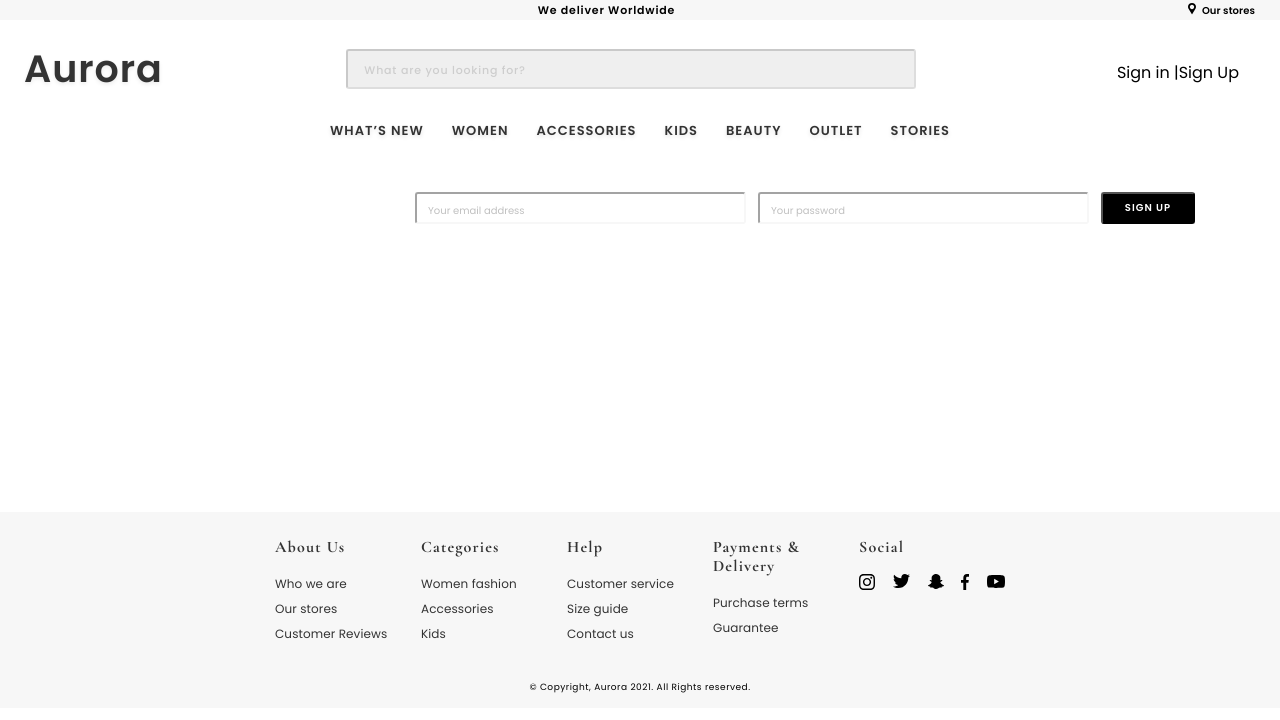
Repository: YuraKrvz/aurora-react-redux-toolkit-firebase
Page: /signUp
The author's editor kept a copy of each file at every save. The page is drawn from the files as they stood at one save, then again after the next save.
The browser window is 1280 px wide. The pictures show the whole page.
The project was rebuilt for these pictures with package versions that can differ from the ones it lists, and the page was loaded fresh each time. Also part of the build but not shown: src/components/MainSection/MainSection.jsx, src/pages/HomeGuest.jsx, src/pages/HomeUser.jsx, src/pages/SignIn.jsx.

Above is the page before, as saved 2021-11-29 15:18:03.

After the next save:
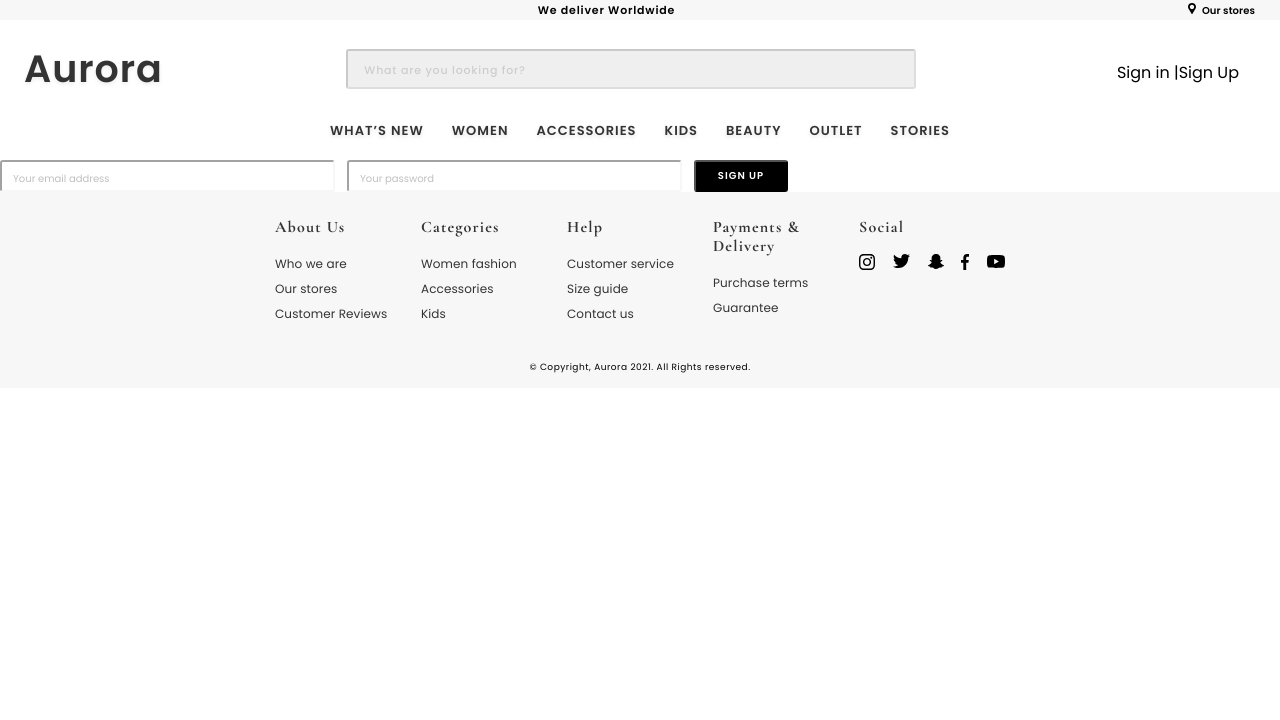
Saved 37 s later.
--- a/src/pages/SignUp.jsx
+++ b/src/pages/SignUp.jsx
@@ -16,7 +16,7 @@
 
    return (
       <>
-         <div style={{height: '40vh'}} className={s.section_register_field} >
+         <div >
             <div style={{display: 'flex', flexDirection: 'column'}}>
                <label className={s.input_wrap}>
                <input className={s.section_register_input} ref={emailRef} type="email" placeholder='Your email address' />

After the save that followed:
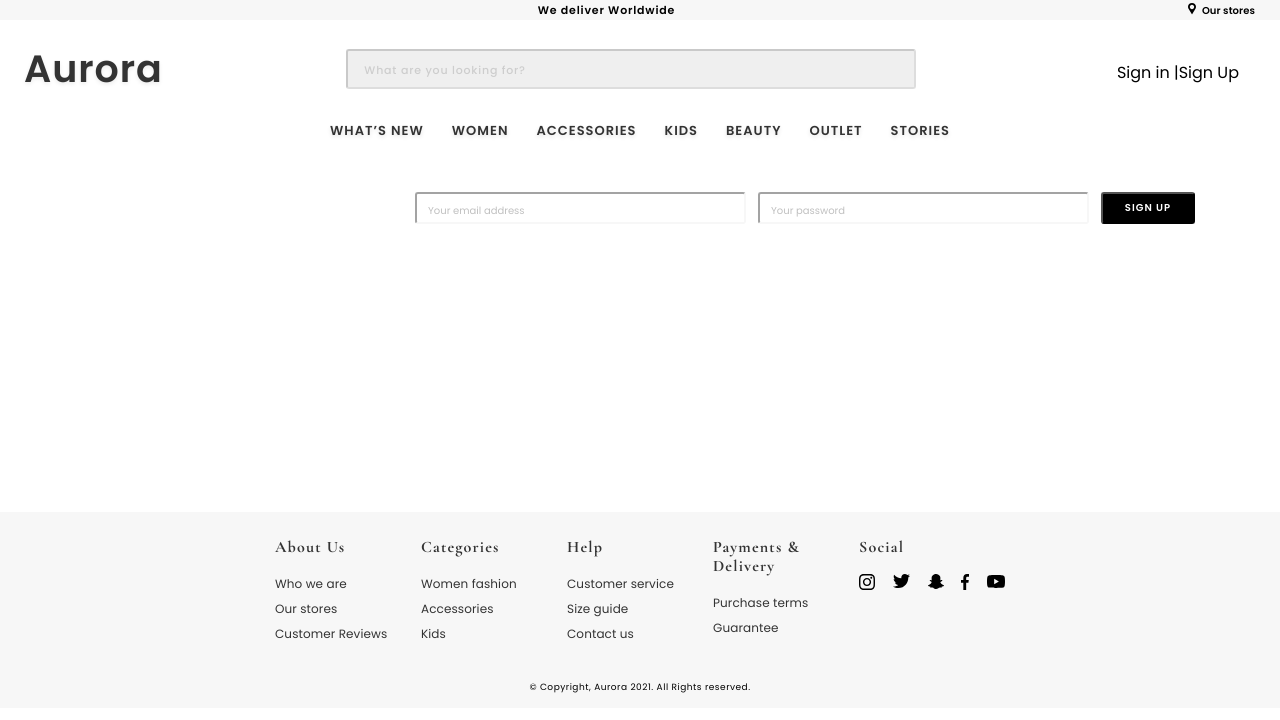
Saved 6 s later.
--- a/src/pages/SignUp.jsx
+++ b/src/pages/SignUp.jsx
@@ -16,7 +16,7 @@
 
    return (
       <>
-         <div >
+         <div style={{height: '40vh'}} className={s.section_register_field} >
             <div style={{display: 'flex', flexDirection: 'column'}}>
                <label className={s.input_wrap}>
                <input className={s.section_register_input} ref={emailRef} type="email" placeholder='Your email address' />
